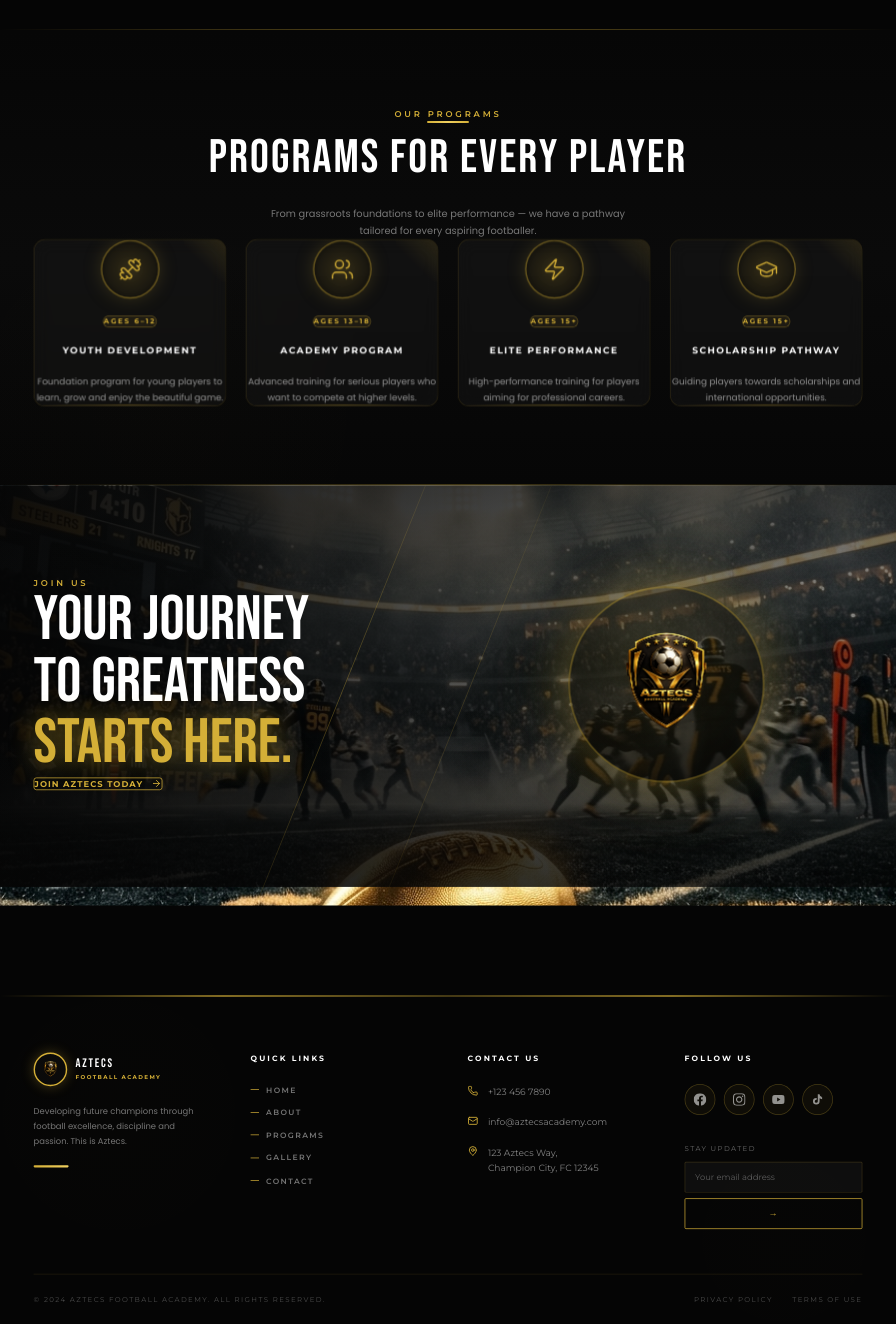
Repository: rahilkk2/aztecs-football
Page: /
These files come from the project's save history. The page is drawn as it stood at one moment and after the next save; the edit follows.
The browser window is 1280 px wide. The pictures show the part of the page from y = 1834 to 3754 px (the page is 3726 px tall before and 3754 px after), at 70% of full size.
The project was rebuilt for these pictures with package versions that can differ from the ones it lists, and the page was loaded fresh each time. Also part of the build but not shown: vite.config.js.

Above is the page before, as saved 2026-05-20 00:29:58.

### index.html
<!doctype html>
<html lang="en">
  <head>
    <meta charset="UTF-8" />
    <link rel="icon" type="image/png" href="/logo.png" />
    <meta name="viewport" content="width=device-width, initial-scale=1.0" />
    <link rel="preconnect" href="https://fonts.googleapis.com" />
    <link rel="preconnect" href="https://fonts.gstatic.com" crossorigin />
    <link href="https://fonts.googleapis.com/css2?family=Bebas+Neue&family=Montserrat:ital,wght@0,300;0,400;0,500;0,600;0,700;0,800;0,900;1,400&family=Poppins:wght@300;400;500;600;700;800&display=swap" rel="stylesheet" />
    <meta name="description" content="Aztecs Football Academy — Building champions on and off the pitch. Elite training, player development, and a clear pathway to success for young football players." />
    <meta name="keywords" content="football academy, Aztecs, elite training, youth football, soccer academy, player development, scholarship pathway" />
    <meta property="og:title" content="Aztecs Football Academy — Building Champions" />
    <meta property="og:description" content="Elite football training with discipline, values and a pathway to success. Join Aztecs Football Academy today." />
    <meta property="og:type" content="website" />
    <meta name="theme-color" content="#d4af37" />
    <title>Aztecs Football Academy — Building Champions On & Off The Pitch</title>
  </head>
  <body>
    <div id="root"></div>
    <script type="module" src="/src/main.jsx"></script>
  </body>
</html>

### src/App.jsx
import Navbar from './components/Navbar';
import Hero from './components/Hero';
import Features from './components/Features';
import About from './components/About';
import Programs from './components/Programs';
import CallToAction from './components/CallToAction';
import Footer from './components/Footer';

// Reusable gold gradient divider between sections
const GoldDivider = () => (
  <div className="section-gold-divider" />
);

function App() {
  return (
    <div style={{ background: '#050505', minHeight: '100vh' }}>
      <Navbar />
      <Hero />
      <GoldDivider />
      <Features />
      <GoldDivider />
      <About />
      <GoldDivider />
      <Programs />
      <GoldDivider />
      <CallToAction />
      <Footer />
    </div>
  );
}

export default App;

### src/components/Navbar.jsx
import { useState, useEffect } from 'react';
import { Menu, X } from 'lucide-react';

const navLinks = ['Home', 'About', 'Programs', 'Academy', 'Gallery', 'Contact'];

export default function Navbar() {
  const [scrolled, setScrolled] = useState(false);
  const [menuOpen, setMenuOpen] = useState(false);

  useEffect(() => {
    const onScroll = () => setScrolled(window.scrollY > 60);
    window.addEventListener('scroll', onScroll);
    return () => window.removeEventListener('scroll', onScroll);
  }, []);

  const handleNavClick = (link) => {
    setMenuOpen(false);
    const target = document.getElementById(link.toLowerCase());
    if (target) target.scrollIntoView({ behavior: 'smooth' });
    else window.scrollTo({ top: 0, behavior: 'smooth' });
  };

  return (
    <nav
      className={`fixed top-0 left-0 right-0 z-50 transition-all duration-500 ${
        scrolled
          ? 'bg-black/96 backdrop-blur-lg border-b border-yellow-600/20 py-3 shadow-2xl'
          : 'bg-transparent backdrop-blur-sm py-5'
      }`}
    >
      <div className="page-container flex items-center justify-between">

        {/* ── Logo ── */}
        <div
          className="flex items-center gap-2 sm:gap-3 cursor-pointer shrink-0"
          onClick={() => window.scrollTo({ top: 0, behavior: 'smooth' })}
        >
          {/* Logo image – object-contain so the full shield shows */}
          <div
            className="w-9 sm:w-11 h-9 sm:h-11 rounded-full overflow-hidden border-2 border-yellow-500/60 flex items-center justify-center shrink-0"
            style={{ boxShadow: '0 0 14px rgba(212,175,55,0.3)', background: '#0a0a0a' }}
          >
            <img
              src="/logo.png"
              alt="Aztecs Logo"
              className="w-full h-full object-contain"
            />
          </div>
          <div className="leading-none hidden sm:block">
            <div
              className="text-white text-lg sm:text-xl tracking-[2px] sm:tracking-[3px] font-black"
              style={{ fontFamily: "'Bebas Neue', cursive" }}
            >
              AZTECS
            </div>
            <div className="text-yellow-500 text-[8px] sm:text-[9px] font-bold tracking-[2px] sm:tracking-[3px] uppercase mt-0.5">
              Football Academy
            </div>
          </div>
        </div>

        {/* ── Desktop Nav Links ── */}
        <ul className="hidden lg:flex items-center gap-9">
          {navLinks.map((link) => (
            <li key={link}>
              <button
                onClick={() => handleNavClick(link)}
                className="text-white/75 hover:text-yellow-400 text-[11px] font-semibold tracking-[2.5px] uppercase transition-all duration-300 relative group"
              >
                {link}
                <span className="absolute -bottom-1 left-0 w-0 h-[1.5px] bg-yellow-500 transition-all duration-300 group-hover:w-full" />
              </button>
            </li>
          ))}
        </ul>

        {/* ── CTA + Hamburger ── */}
        <div className="flex items-center gap-3 sm:gap-4 shrink-0">
          <button
            onClick={() => handleNavClick('Contact')}
            className="btn-gold hidden sm:block px-4 sm:px-6 py-2 sm:py-2.5 text-[9px] sm:text-[11px] rounded-sm tracking-widest"
          >
            JOIN NOW
          </button>
          <button
            className="lg:hidden text-white hover:text-yellow-400 transition-colors p-2"
            onClick={() => setMenuOpen(!menuOpen)}
            aria-label="Toggle menu"
          >
            {menuOpen ? <X size={24} /> : <Menu size={24} />}
          </button>
        </div>
      </div>

      {/* ── Mobile Menu ── */}
      <div
        className={`lg:hidden transition-all duration-500 overflow-hidden ${
          menuOpen ? 'max-h-[500px] opacity-100' : 'max-h-0 opacity-0'
        }`}
      >
        <div className="bg-black/98 border-t border-yellow-600/20 px-4 sm:px-6 py-5 flex flex-col gap-4">
          {navLinks.map((link) => (
            <button
              key={link}
              onClick={() => handleNavClick(link)}
              className="text-white/70 hover:text-yellow-400 text-sm font-semibold tracking-[2px] uppercase text-left transition-colors py-2 border-b border-white/5 pb-3"
            >
              {link}
            </button>
          ))}
          <button
            onClick={() => handleNavClick('Contact')}
            className="btn-gold px-4 py-3 text-xs rounded-sm mt-2 w-full sm:w-fit tracking-widest"
          >
            JOIN NOW
          </button>
        </div>
      </div>
    </nav>
  );
}

### src/components/Footer.jsx
import { motion } from 'framer-motion';
import { Phone, Mail, MapPin } from 'lucide-react';

const quickLinks = ['Home', 'About', 'Programs', 'Gallery', 'Contact'];

const FacebookIcon = () => (
  <svg width="18" height="18" viewBox="0 0 24 24" fill="currentColor">
    <path d="M24 12.073c0-6.627-5.373-12-12-12s-12 5.373-12 12c0 5.99 4.388 10.954 10.125 11.854v-8.385H7.078v-3.47h3.047V9.43c0-3.007 1.792-4.669 4.533-4.669 1.312 0 2.686.235 2.686.235v2.953H15.83c-1.491 0-1.956.925-1.956 1.874v2.25h3.328l-.532 3.47h-2.796v8.385C19.612 23.027 24 18.062 24 12.073z" />
  </svg>
);

const InstagramIcon = () => (
  <svg width="18" height="18" viewBox="0 0 24 24" fill="currentColor">
    <path d="M12 2.163c3.204 0 3.584.012 4.85.07 3.252.148 4.771 1.691 4.919 4.919.058 1.265.069 1.645.069 4.849 0 3.205-.012 3.584-.069 4.849-.149 3.225-1.664 4.771-4.919 4.919-1.266.058-1.644.07-4.85.07-3.204 0-3.584-.012-4.849-.07-3.26-.149-4.771-1.699-4.919-4.92-.058-1.265-.07-1.644-.07-4.849 0-3.204.013-3.583.07-4.849.149-3.227 1.664-4.771 4.919-4.919 1.266-.057 1.645-.069 4.849-.069zm0-2.163c-3.259 0-3.667.014-4.947.072-4.358.2-6.78 2.618-6.98 6.98-.059 1.281-.073 1.689-.073 4.948 0 3.259.014 3.668.072 4.948.2 4.358 2.618 6.78 6.98 6.98 1.281.058 1.689.072 4.948.072 3.259 0 3.668-.014 4.948-.072 4.354-.2 6.782-2.618 6.979-6.98.059-1.28.073-1.689.073-4.948 0-3.259-.014-3.667-.072-4.947-.196-4.354-2.617-6.78-6.979-6.98-1.281-.059-1.69-.073-4.949-.073zm0 5.838c-3.403 0-6.162 2.759-6.162 6.162s2.759 6.163 6.162 6.163 6.162-2.759 6.162-6.163c0-3.403-2.759-6.162-6.162-6.162zm0 10.162c-2.209 0-4-1.79-4-4 0-2.209 1.791-4 4-4s4 1.791 4 4c0 2.21-1.791 4-4 4zm6.406-11.845c-.796 0-1.441.645-1.441 1.44s.645 1.44 1.441 1.44c.795 0 1.439-.645 1.439-1.44s-.644-1.44-1.439-1.44z" />
  </svg>
);

const YoutubeIcon = () => (
  <svg width="18" height="18" viewBox="0 0 24 24" fill="currentColor">
    <path d="M23.495 6.205a3.007 3.007 0 0 0-2.088-2.088c-1.87-.501-9.396-.501-9.396-.501s-7.507-.01-9.396.501A3.007 3.007 0 0 0 .527 6.205a31.247 31.247 0 0 0-.522 5.805 31.247 31.247 0 0 0 .522 5.783 3.007 3.007 0 0 0 2.088 2.088c1.868.502 9.396.502 9.396.502s7.506 0 9.396-.502a3.007 3.007 0 0 0 2.088-2.088 31.247 31.247 0 0 0 .5-5.783 31.247 31.247 0 0 0-.5-5.805zM9.609 15.601V8.408l6.264 3.602z" />
  </svg>
);

const TikTokIcon = () => (
  <svg width="18" height="18" viewBox="0 0 24 24" fill="currentColor">
    <path d="M19.59 6.69a4.83 4.83 0 0 1-3.77-4.25V2h-3.45v13.67a2.89 2.89 0 0 1-2.88 2.5 2.89 2.89 0 0 1-2.89-2.89 2.89 2.89 0 0 1 2.89-2.89c.28 0 .54.04.79.1V9.01a6.34 6.34 0 0 0-.79-.05 6.34 6.34 0 0 0-6.34 6.34 6.34 6.34 0 0 0 6.34 6.34 6.34 6.34 0 0 0 6.33-6.34V9.83a8.18 8.18 0 0 0 4.78 1.52V7.91a4.85 4.85 0 0 1-1.01-.22z" />
  </svg>
);

const socialLinks = [
  { icon: FacebookIcon, label: 'Facebook', href: '#' },
  { icon: InstagramIcon, label: 'Instagram', href: '#' },
  { icon: YoutubeIcon, label: 'YouTube', href: '#' },
  { icon: TikTokIcon, label: 'TikTok', href: '#' },
];

export default function Footer() {
  const handleNavClick = (link) => {
    const target = document.getElementById(link.toLowerCase());
    if (target) target.scrollIntoView({ behavior: 'smooth' });
    else window.scrollTo({ top: 0, behavior: 'smooth' });
  };

  return (
    <footer
      id="contact"
      style={{
        background: '#050505',
        marginTop: '8rem',
        position: 'relative',
        overflow: 'hidden',
      }}
    >
      {/* ── Top gold gradient line ── */}
      <div
        style={{
          height: '2px',
          background: 'linear-gradient(to right, transparent, #d4af37, rgba(212,175,55,0.5), #d4af37, transparent)',
        }}
      />

      {/* ── Subtle BG glows ── */}
      <div style={{ position: 'absolute', inset: 0, pointerEvents: 'none' }}>
        <div className="spotlight" style={{ width: '500px', height: '500px', top: '-80px', left: '-80px', opacity: 0.05 }} />
        <div className="spotlight" style={{ width: '400px', height: '400px', bottom: '-80px', right: '-40px', opacity: 0.04 }} />
      </div>

      {/* ── Main grid ── */}
      <div className="page-container">
        <div className="footer-grid">

          {/* Brand */}
          <div>
            <div
              style={{ display: 'flex', alignItems: 'center', gap: '12px', marginBottom: '1.5rem', cursor: 'pointer' }}
              onClick={() => window.scrollTo({ top: 0, behavior: 'smooth' })}
            >
              <div
                style={{
                  width: '48px', height: '48px',
                  borderRadius: '50%', overflow: 'hidden',
                  border: '2px solid #d4af37',
                  boxShadow: '0 0 18px rgba(212,175,55,0.3)',
                  background: '#0a0a0a',
                  flexShrink: 0,
                  display: 'flex', alignItems: 'center', justifyContent: 'center',
                }}
              >
                <img src="/logo.png" alt="Aztecs Logo" style={{ width: '100%', height: '100%', objectFit: 'contain' }} />
              </div>
              <div>
                <div style={{ fontFamily: "'Bebas Neue', cursive", letterSpacing: '2.5px', color: '#fff', fontSize: '1.1rem', lineHeight: 1 }}>
                  AZTECS
                </div>
                <div style={{ color: '#d4af37', fontSize: '8px', fontWeight: 700, letterSpacing: '2px', textTransform: 'uppercase', marginTop: '4px' }}>
                  Football Academy
                </div>
              </div>
            </div>

            <p style={{ fontFamily: "'Poppins', sans-serif", fontSize: '0.75rem', color: 'rgba(255,255,255,0.45)', lineHeight: '1.8', maxWidth: '260px' }}>
              Developing future champions through football excellence, discipline and passion. This is Aztecs.
            </p>

            {/* Gold accent bar */}
            <div style={{ width: '50px', height: '3px', background: 'linear-gradient(to right, #d4af37, #f0d060)', borderRadius: '2px', marginTop: '1.5rem' }} />
          </div>

          {/* Quick Links */}
          <div>
            <h4 style={{ fontFamily: "'Montserrat', sans-serif", fontSize: '11px', fontWeight: 700, letterSpacing: '3px', textTransform: 'uppercase', color: '#fff', marginBottom: '1.75rem' }}>
              Quick Links
            </h4>
            <ul style={{ display: 'flex', flexDirection: 'column', gap: '1rem', listStyle: 'none' }}>
              {quickLinks.map((link) => (
                <li key={link}>
                  <button
                    onClick={() => handleNavClick(link)}
                    style={{
                      fontFamily: "'Montserrat', sans-serif",
                      fontSize: '11px',
                      fontWeight: 600,
                      letterSpacing: '2px',
                      textTransform: 'uppercase',
                      color: 'rgba(255,255,255,0.45)',
                      background: 'none',
                      border: 'none',
                      cursor: 'pointer',
                      padding: 0,
                      transition: 'color 0.3s',
                      display: 'flex',
                      alignItems: 'center',
                      gap: '10px',
                    }}
                    onMouseEnter={e => e.currentTarget.style.color = '#d4af37'}
                    onMouseLeave={e => e.currentTarget.style.color = 'rgba(255,255,255,0.45)'}
                  >
                    <span style={{ width: '12px', height: '1px', background: '#d4af37', display: 'inline-block', flexShrink: 0 }} />
                    {link}
                  </button>
                </li>
              ))}
            </ul>
          </div>

          {/* Contact */}
          <div>
            <h4 style={{ fontFamily: "'Montserrat', sans-serif", fontSize: '11px', fontWeight: 700, letterSpacing: '3px', textTransform: 'uppercase', color: '#fff', marginBottom: '1.75rem' }}>
              Contact Us
            </h4>
            <ul style={{ display: 'flex', flexDirection: 'column', gap: '1.4rem', listStyle: 'none' }}>
              <li style={{ display: 'flex', alignItems: 'flex-start', gap: '14px' }}>
                <Phone size={15} style={{ color: '#d4af37', marginTop: '2px', flexShrink: 0 }} />
                <span style={{ fontSize: '13px', color: 'rgba(255,255,255,0.5)', lineHeight: '1.6' }}>+123 456 7890</span>
              </li>
              <li style={{ display: 'flex', alignItems: 'flex-start', gap: '14px' }}>
                <Mail size={15} style={{ color: '#d4af37', marginTop: '2px', flexShrink: 0 }} />
                <span style={{ fontSize: '13px', color: 'rgba(255,255,255,0.5)', lineHeight: '1.6' }}>info@aztecsacademy.com</span>
              </li>
              <li style={{ display: 'flex', alignItems: 'flex-start', gap: '14px' }}>
                <MapPin size={15} style={{ color: '#d4af37', marginTop: '2px', flexShrink: 0 }} />
                <span style={{ fontSize: '13px', color: 'rgba(255,255,255,0.5)', lineHeight: '1.7' }}>
                  123 Aztecs Way,<br />Champion City, FC 12345
                </span>
              </li>
            </ul>
          </div>

          {/* Social + Newsletter */}
          <div>
            <h4 style={{ fontFamily: "'Montserrat', sans-serif", fontSize: '11px', fontWeight: 700, letterSpacing: '3px', textTransform: 'uppercase', color: '#fff', marginBottom: '1.75rem' }}>
              Follow Us
            </h4>

            <div style={{ display: 'flex', gap: '12px', flexWrap: 'wrap', marginBottom: '2.5rem' }}>
              {socialLinks.map(({ icon: Icon, label, href }) => (
                <motion.a
                  key={label}
                  href={href}
                  aria-label={label}
                  style={{
                    width: '44px', height: '44px',
                    borderRadius: '50%',
                    display: 'flex', alignItems: 'center', justifyContent: 'center',
                    color: 'rgba(255,255,255,0.55)',
                    border: '1px solid rgba(212,175,55,0.28)',
                    background: 'rgba(212,175,55,0.05)',
                    textDecoration: 'none',
                    transition: 'all 0.3s',
                  }}
                  whileHover={{
                    scale: 1.12,
                    borderColor: '#d4af37',
                    boxShadow: '0 0 18px rgba(212,175,55,0.28)',
                    color: '#d4af37',
                  }}
                >
                  <Icon />
                </motion.a>
              ))}
            </div>

            {/* Newsletter */}
            <div>
              <p style={{ fontSize: '10px', color: 'rgba(255,255,255,0.4)', letterSpacing: '2px', textTransform: 'uppercase', marginBottom: '12px' }}>
                Stay Updated
              </p>
              <div style={{ display: 'flex', gap: '8px', flexDirection: 'column', minWidth: '0' }}>
                <input
                  type="email"
                  placeholder="Your email address"
                  style={{
                    flex: 1,
                    background: 'rgba(255,255,255,0.04)',
                    border: '1px solid rgba(212,175,55,0.2)',
                    borderRadius: '2px',
                    padding: '10px 14px',
                    fontSize: '12px',
                    color: 'rgba(255,255,255,0.65)',
                    outline: 'none',
                    minHeight: '44px',
                    width: '100%',
                  }}
                  onFocus={e => e.target.style.borderColor = 'rgba(212,175,55,0.5)'}
                  onBlur={e => e.target.style.borderColor = 'rgba(212,175,55,0.2)'}
                />
                <button className="btn-gold" style={{ padding: '10px 16px', fontSize: '13px', borderRadius: '2px', minHeight: '44px' }}>→</button>
              </div>
            </div>
          </div>
        </div>

        {/* ── Bottom bar ── */}
        <div
          style={{
            borderTop: '1px solid rgba(212,175,55,0.12)',
            paddingTop: '1.75rem',
            paddingBottom: '1.75rem',
            display: 'flex',
            flexDirection: 'row',
            alignItems: 'center',
            justifyContent: 'space-between',
            gap: '1rem',
            flexWrap: 'wrap',
          }}
        >
          <p style={{ fontSize: '10px', letterSpacing: '2px', textTransform: 'uppercase', color: 'rgba(255,255,255,0.28)' }}>
            © 2024 Aztecs Football Academy. All Rights Reserved.
          </p>
          <div style={{ display: 'flex', gap: '28px' }}>
            {['Privacy Policy', 'Terms of Use'].map((item) => (
              <button
                key={item}
                style={{
                  fontSize: '10px', letterSpacing: '2px',
                  textTransform: 'uppercase', color: 'rgba(255,255,255,0.28)',
                  background: 'none', border: 'none', cursor: 'pointer',
                  transition: 'color 0.3s',
                }}
                onMouseEnter={e => e.currentTarget.style.color = '#d4af37'}
                onMouseLeave={e => e.currentTarget.style.color = 'rgba(255,255,255,0.28)'}
              >
                {item}
              </button>
            ))}
          </div>
        </div>
      </div>
    </footer>
  );
}

Loaded but not shown: src/main.jsx (common file); src/components/Hero.jsx (270 lines, source omitted); src/components/About.jsx (191 lines, source omitted); src/index.css (299 lines, source omitted); src/components/Programs.jsx (217 lines, source omitted); src/components/CallToAction.jsx (144 lines, source omitted); src/components/Features.jsx (139 lines, source omitted)

After the next save:
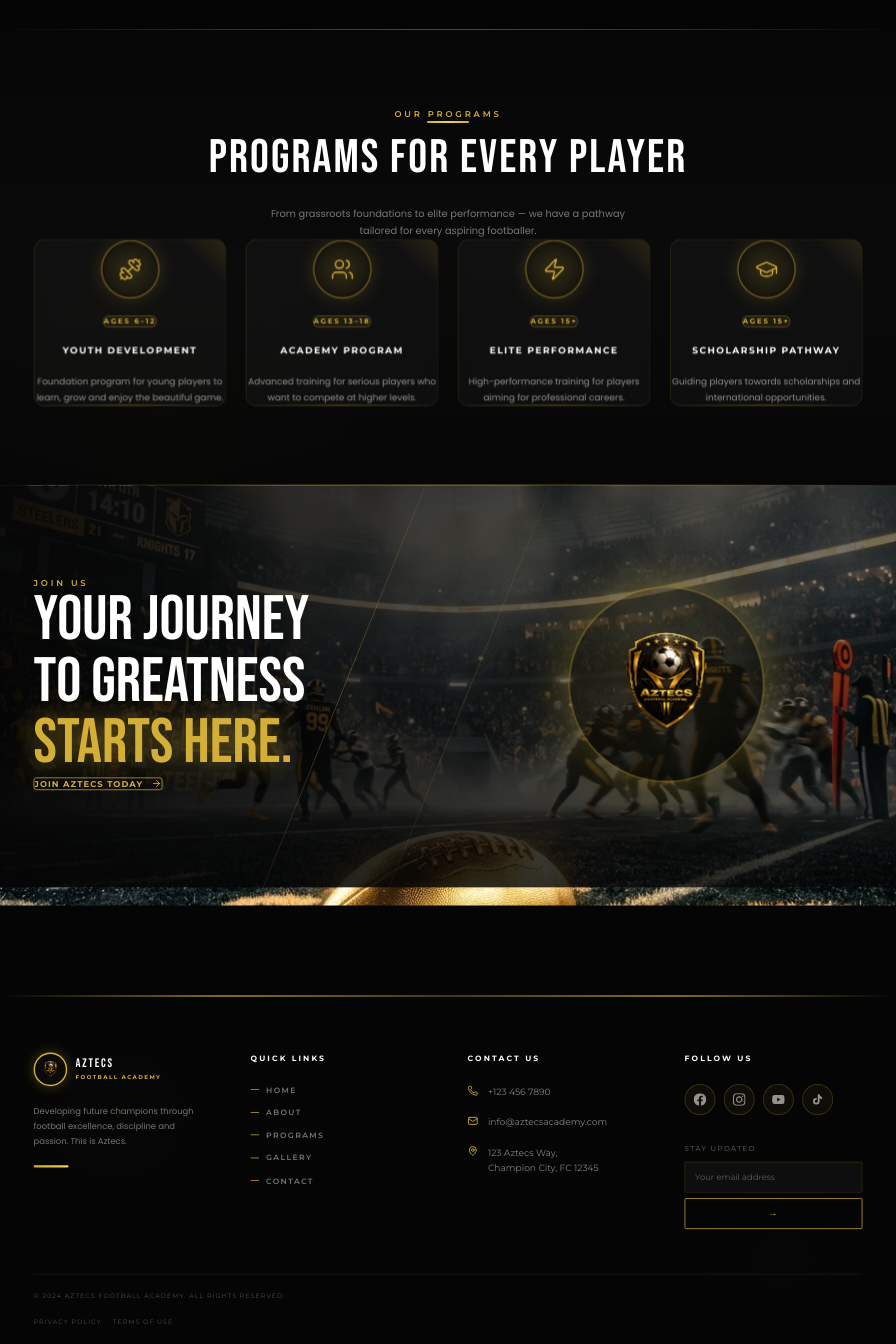
Saved 8 s later.
--- a/src/components/Footer.jsx
+++ b/src/components/Footer.jsx
@@ -234,25 +234,25 @@ export default function Footer() {
         <div
           style={{
             borderTop: '1px solid rgba(212,175,55,0.12)',
-            paddingTop: '1.75rem',
-            paddingBottom: '1.75rem',
+            paddingTop: '1.5rem',
+            paddingBottom: '1.5rem',
             display: 'flex',
-            flexDirection: 'row',
-            alignItems: 'center',
+            flexDirection: 'column',
+            alignItems: 'flex-start',
             justifyContent: 'space-between',
-            gap: '1rem',
+            gap: '1.5rem',
             flexWrap: 'wrap',
           }}
         >
-          <p style={{ fontSize: '10px', letterSpacing: '2px', textTransform: 'uppercase', color: 'rgba(255,255,255,0.28)' }}>
+          <p style={{ fontSize: '9px', letterSpacing: '1.5px', textTransform: 'uppercase', color: 'rgba(255,255,255,0.28)' }}>
             © 2024 Aztecs Football Academy. All Rights Reserved.
           </p>
-          <div style={{ display: 'flex', gap: '28px' }}>
+          <div style={{ display: 'flex', gap: '16px', flexWrap: 'wrap' }}>
             {['Privacy Policy', 'Terms of Use'].map((item) => (
               <button
                 key={item}
                 style={{
-                  fontSize: '10px', letterSpacing: '2px',
+                  fontSize: '9px', letterSpacing: '1.5px',
                   textTransform: 'uppercase', color: 'rgba(255,255,255,0.28)',
                   background: 'none', border: 'none', cursor: 'pointer',
                   transition: 'color 0.3s',
